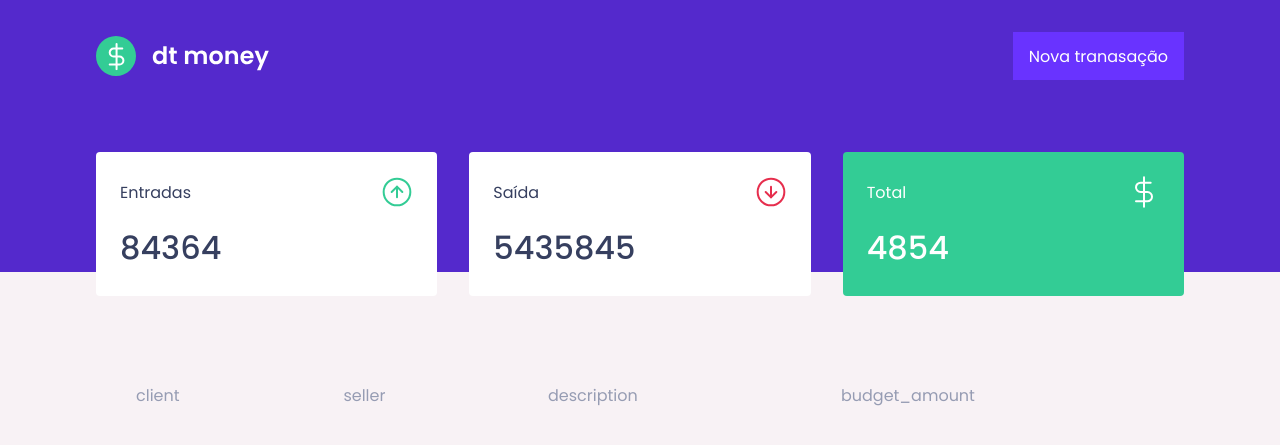
Repository: soualexandre/frentend-botOrcamentos
Page: /
The author's editor kept a copy of each file at every save. The page is drawn from the files as they stood at one save, then again after the next save.
The browser window is 1280 px wide. The pictures show the whole page.
The page's requests for data from a server got no answer. The project was rebuilt for these pictures with package versions that can differ from the ones it lists, and the page was loaded fresh each time. No one was signed in, and anything a server would have sent is missing.

Above is the page before, as saved 2021-07-16 15:19:16.

After the next save:
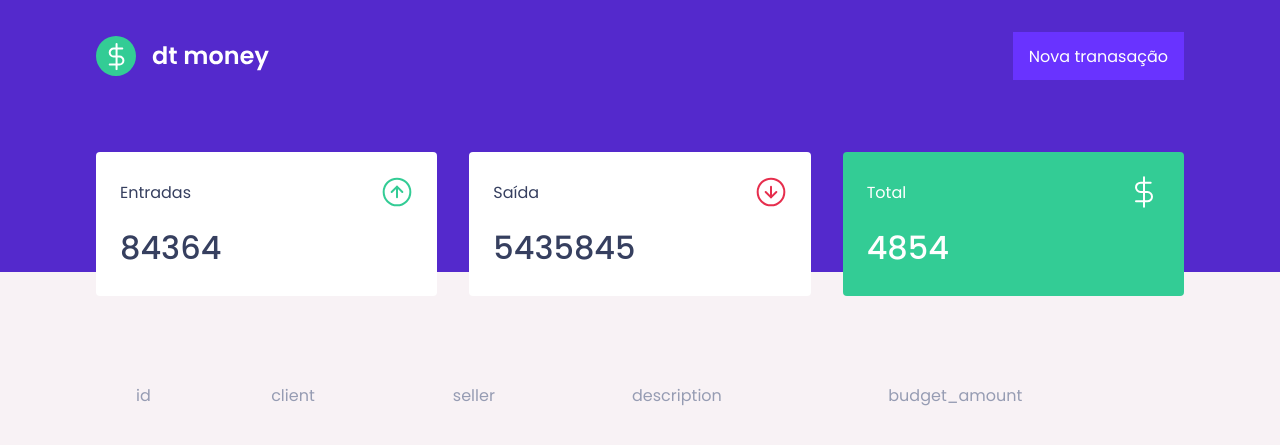
Saved 34 s later.
--- a/src/components/transactionsTable/index.tsx
+++ b/src/components/transactionsTable/index.tsx
@@ -9,6 +9,7 @@
             <table>
                 <thead>
                     <tr>
+                        <th>id</th>
                         <th>client</th>
                         <th>seller</th>
                         <th>description</th>
@@ -18,6 +19,7 @@
                 <tbody>
                     {transactions.map(transaction => (
                         <tr key={transaction.id}>
+                            <td>{transaction.id}</td>
                             <td>{transaction.client}</td>
                             <td>
                             {transaction.seller}
